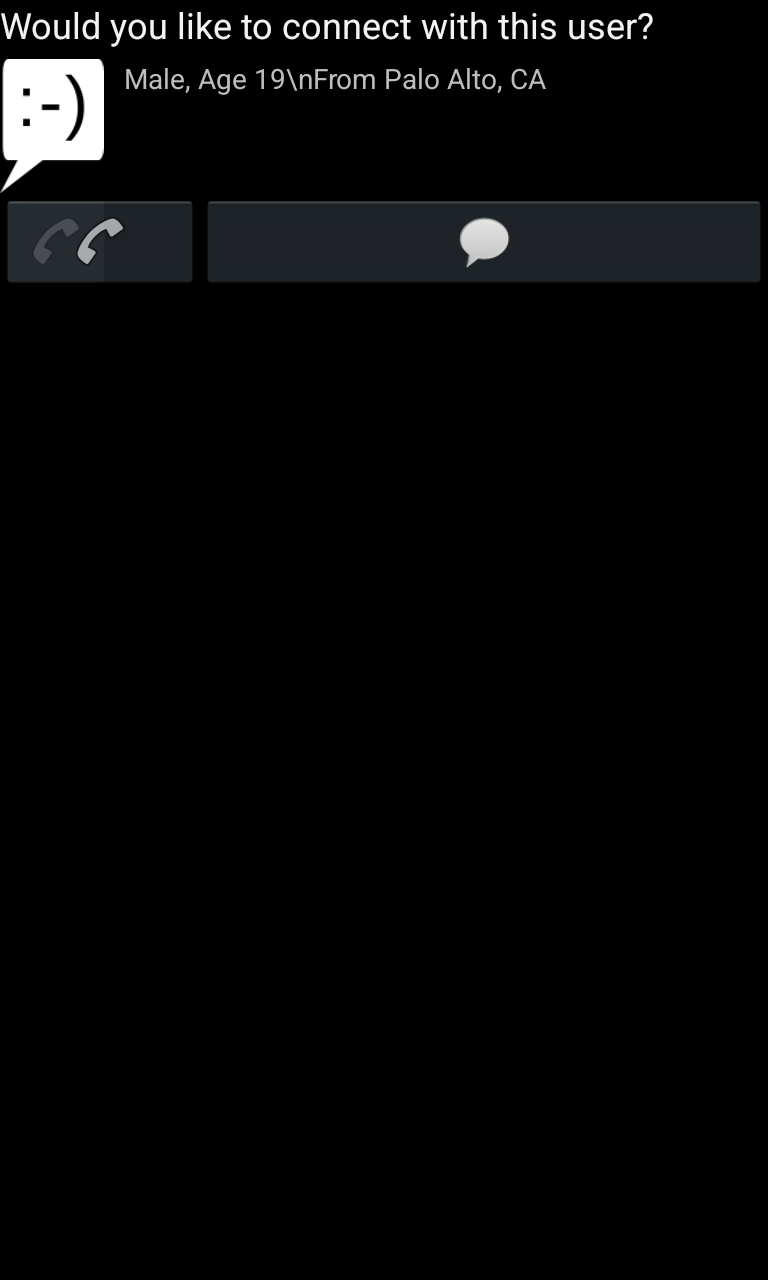
Repository: thomasteisberg/FamiliarFaces
Layout: Android/FamiliarFacesAndroid/res/layout/proposeconnection.xml
The author's editor kept a copy of each file at every save. The layout is drawn from the files as they stood at one save, then again after the next save.
It is drawn on a 768 x 1280 px phone screen (xhdpi) without system bars, with theme android:Theme.Holo; the app's code is not run.

Above is the layout before, as saved 2014-02-15 14:15:06.

### Android/FamiliarFacesAndroid/res/layout/proposeconnection.xml
<?xml version="1.0" encoding="utf-8"?>
<LinearLayout xmlns:android="http://schemas.android.com/apk/res/android"
    android:layout_width="match_parent"
    android:layout_height="match_parent"
    android:orientation="vertical">

    <TextView
        android:id="@+id/textView1"
        android:layout_width="wrap_content"
        android:layout_height="wrap_content"
        android:text="Would you like to connect with this user?"
        android:textAppearance="?android:attr/textAppearanceMedium" />

    <LinearLayout
        android:layout_width="match_parent"
        android:layout_height="wrap_content"
        android:layout_marginTop="10px">

        <ImageView
            android:id="@+id/imageView1"
            android:layout_width="52dp"
            android:layout_height="67dp"
            android:src="@drawable/icon" />

        <TextView
            android:id="@+id/textView2"
            android:layout_width="wrap_content"
            android:layout_height="wrap_content"
            android:text="Male, Age 19\nFrom Palo Alto, CA"
            android:textAppearance="?android:attr/textAppearanceSmall"
            android:layout_marginLeft="10dip" />
    </LinearLayout>

    <RelativeLayout
        android:layout_width="match_parent"
        android:layout_height="wrap_content"
        android:gravity="left" >

        <ImageButton
            android:id="@+id/imageButton1"
            android:layout_width="wrap_content"
            android:layout_height="wrap_content"
            android:layout_alignParentLeft="true"
            android:layout_alignParentTop="true"
            android:src="@android:drawable/ic_menu_call" />

        <ImageButton
            android:id="@+id/imageButton1"
            android:layout_width="100dip"
            android:layout_height="wrap_content"
            android:layout_alignParentLeft="true"
            android:layout_below="@+id/imageButton1"
            android:src="@android:drawable/ic_menu_call" />

        <ImageButton
            android:id="@+id/imageButton2"
            android:layout_width="100dip"
            android:layout_height="wrap_content"
            android:layout_centerVertical="true"
            android:layout_toRightOf="@+id/imageButton1"
            android:layout_alignParentRight="true"
            android:src="@android:drawable/sym_action_chat" />

    </RelativeLayout>

</LinearLayout>

After the next save:
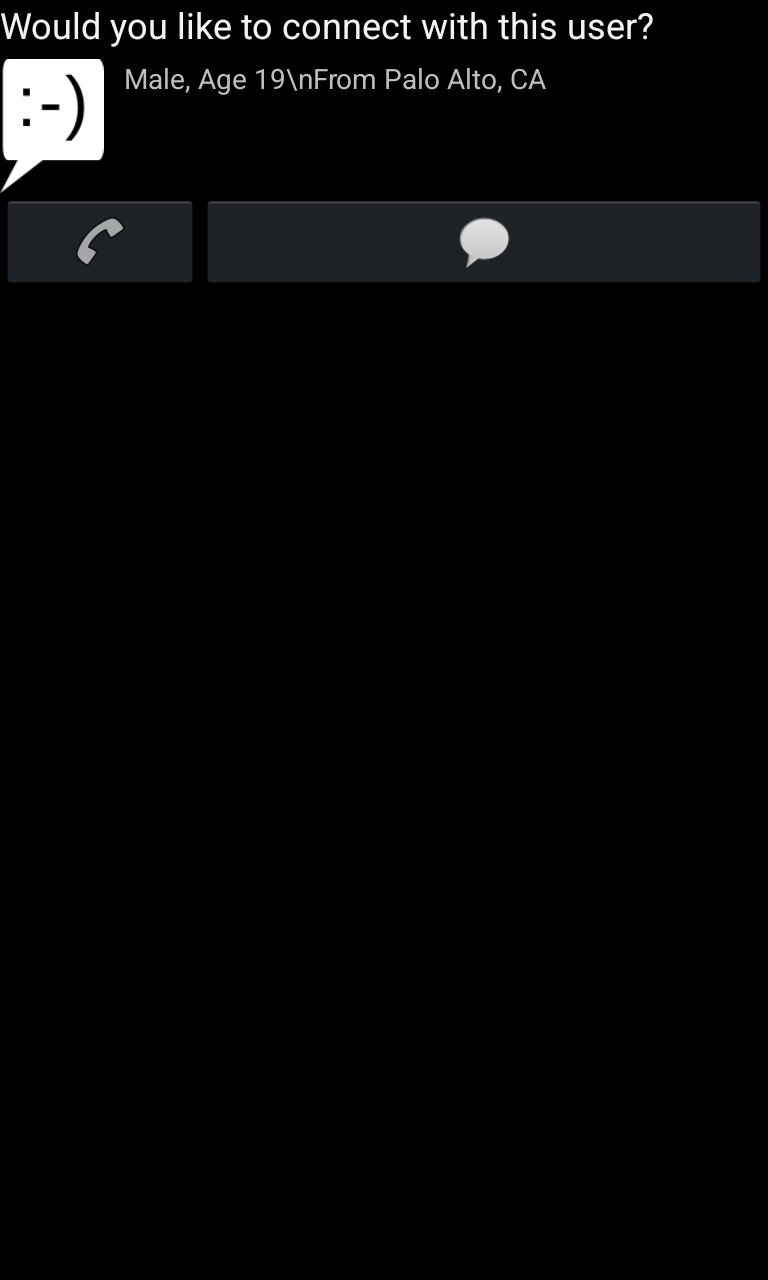
Saved 10 s later.
--- a/Android/FamiliarFacesAndroid/res/layout/proposeconnection.xml
+++ b/Android/FamiliarFacesAndroid/res/layout/proposeconnection.xml
@@ -38,14 +38,6 @@
 
         <ImageButton
             android:id="@+id/imageButton1"
-            android:layout_width="wrap_content"
-            android:layout_height="wrap_content"
-            android:layout_alignParentLeft="true"
-            android:layout_alignParentTop="true"
-            android:src="@android:drawable/ic_menu_call" />
-
-        <ImageButton
-            android:id="@+id/imageButton1"
             android:layout_width="100dip"
             android:layout_height="wrap_content"
             android:layout_alignParentLeft="true"
